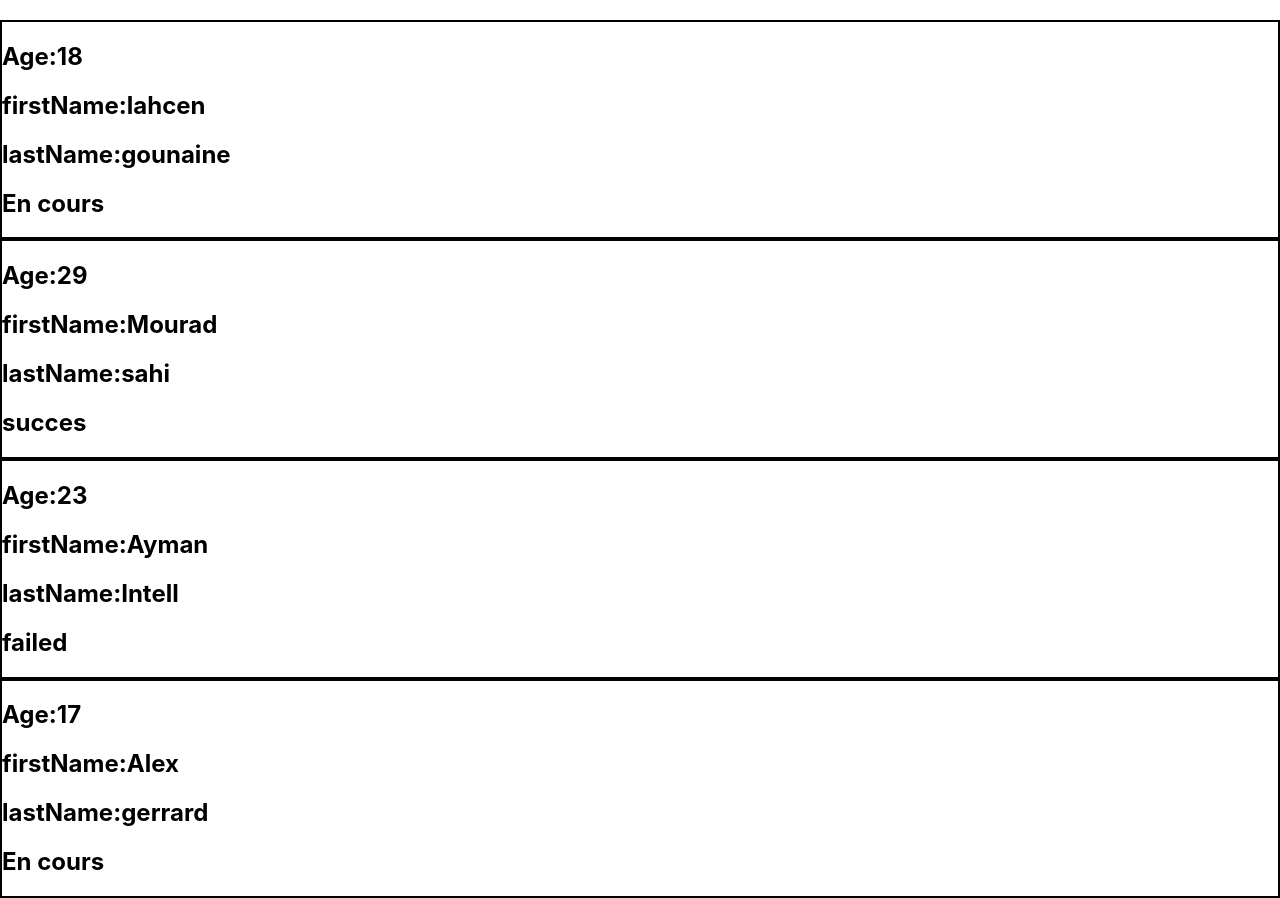
Repository: gounaine/Add_candidat
Page: /
These files come from the project's save history. The page is drawn as it stood at one moment and after the next save; the edit follows.
The browser window is 1280 px wide. The pictures show the whole page.
The project was rebuilt for these pictures with package versions that can differ from the ones it lists, and the page was loaded fresh each time.

Above is the page before, as saved 2024-05-26 19:39:36.

### src/index.js
import React from 'react';
import ReactDOM from 'react-dom/client';
import './index.css';
import App from './App';
import Person from './person';
import reportWebVitals from './reportWebVitals';


const root = ReactDOM.createRoot(document.getElementById('root'));
root.render(
  <React.StrictMode>
    <App/>
    <Person firstName={"lahcen"} lastName={"gounaine"} Age={18}>En cours</Person>
    <Person firstName={"Mourad"} lastName={"sahi"} Age={29}>succes</Person>
    <Person firstName={"Ayman"} lastName={"Intell"} Age={23}>failed</Person>
    <Person firstName={"Alex"} lastName={"gerrard"} Age={17}>En cours</Person>
  </React.StrictMode>
);

// If you want to start measuring performance in your app, pass a function
// to log results (for example: reportWebVitals(console.log))
// or send to an analytics endpoint. Learn more: https://bit.ly/CRA-vitals
reportWebVitals();

### src/App.js


import './App.css';

function App(props) {
  console.log(props)
  return (
    <div className="App">
      <h2>{props.firstName}</h2>
      <h2>{props.children}</h2>
    </div>
  );
}

export default App;

### src/person.js
export default function Person({firstName ,lastName,Age, children}){
return(
 <>
   <div className="Card">
        <h2>Age:{Age}</h2>
        <h2>firstName:{firstName}</h2>
        <h2>lastName:{lastName}</h2>
        <h2>{children}</h2>
   </div>

 </>
);


}

### src/App.css
.App {
  text-align: center;
}

.App-logo {
  height: 40vmin;
  pointer-events: none;
}

@media (prefers-reduced-motion: no-preference) {
  .App-logo {
    animation: App-logo-spin infinite 20s linear;
  }
}

.App-header {
  background-color: #282c34;
  min-height: 100vh;
  display: flex;
  flex-direction: column;
  align-items: center;
  justify-content: center;
  font-size: calc(10px + 2vmin);
  color: white;
}

.App-link {
  color: #61dafb;
}

@keyframes App-logo-spin {
  from {
    transform: rotate(0deg);
  }
  to {
    transform: rotate(360deg);
  }
}

.Card{
  border: 2px solid black;
}
.card>h2{
  font-size: 10px;
  font-family: monospace;

}

Loaded but not shown: public/index.html (common file); src/index.css (common file); src/reportWebVitals.js (common file)

After the next save:
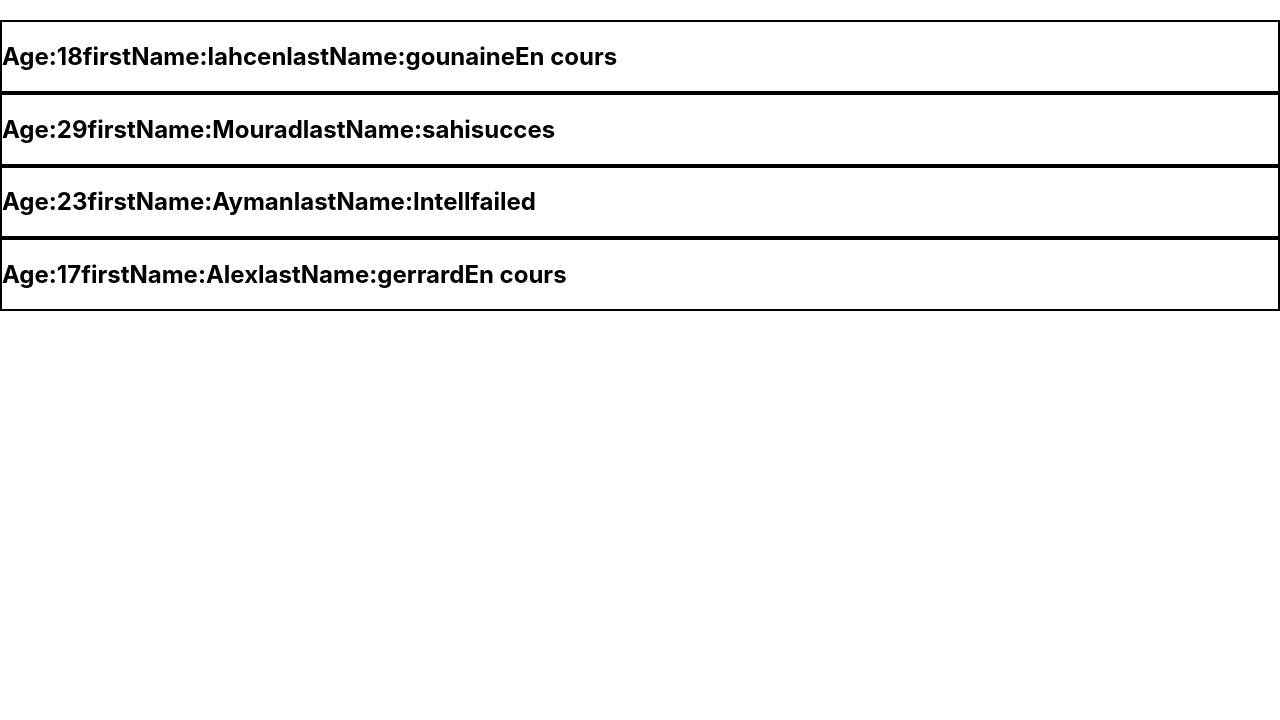
Saved 33 s later.
--- a/src/App.css
+++ b/src/App.css
@@ -38,6 +38,9 @@
 }
 
 .Card{
+  display: flex ;
+  justify-items: center;
+
   border: 2px solid black;
 }
 .card>h2{

After the save that followed:
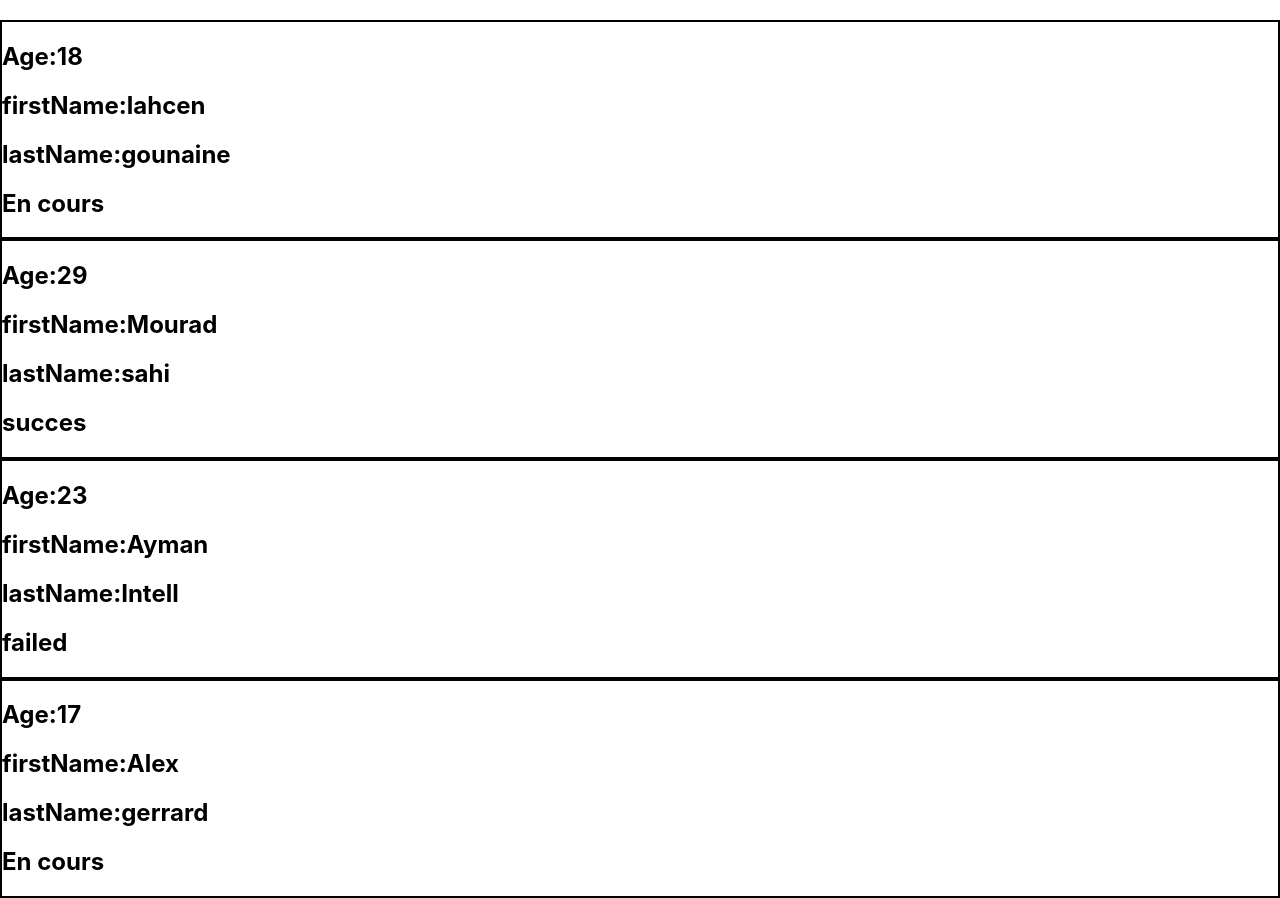
Saved 27 s later.
--- a/src/App.css
+++ b/src/App.css
@@ -38,9 +38,6 @@
 }
 
 .Card{
-  display: flex ;
-  justify-items: center;
-
   border: 2px solid black;
 }
 .card>h2{
